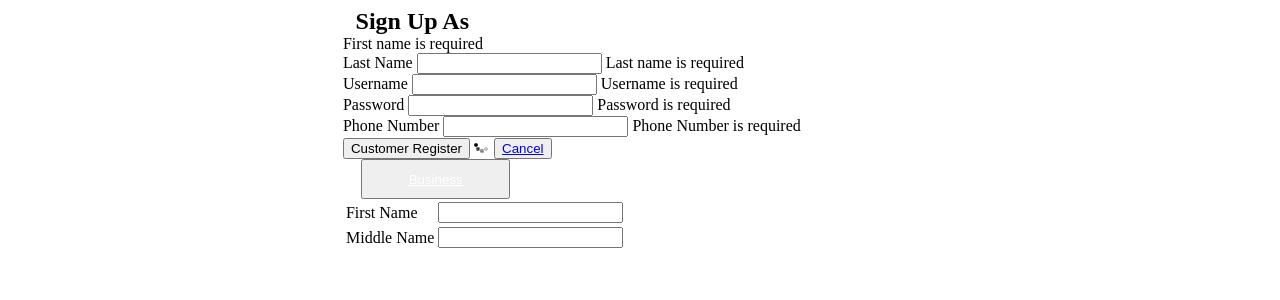
Repository: jsah9105/goandbook
Page: http://localhost/letgetbook/view/signupPage.jsp
An editor plug-in stored every save of this project. The page is shown before and after the next save, followed by the edit.
The browser window is 1280 px wide. The pictures show the whole page.
The page is served by Tomcat 9. Other server files are loaded and not shown.

Above is the page before, as saved 2017-01-08 03:40:20.

### letgetbook/src/main/webapp/view/signupPage.jsp
<section id="section1">

	<div class="container">
		<div style="width: 50%; margin: auto;">
			<h2 style="color: black; margin: auto; margin-left: 5%;">Sign Up As</h2>

			<div class="form-actions" style="margin: auto; margin-left: 3%">
			<table>
			<form name="form" ng-submit="vm.register()" role="form">

        <div class="form-group" ng-class="{ 'has-error': form.custFirstName.$dirty && form.custFirstName.$error.required }">
          <tr>
          <td>  <label for="custFirstName"> First Name</label></td>
          <td>  <input type="text" name="custFirstName" id="custFirstName" class="form-control" ng-model="vm.user.custFirstName" required /></td>
            <span ng-show="form.custFirstName.$dirty && form.custFirstName.$error.required" class="help-block">First name is required</span>
        </tr>
        </div>

        <div class="form-group" >
        <tr>
         <td>   <label for="custMiddleName">Middle Name</label></td>
         <td>   <input type="text" name="custMiddleName" id="custMiddleName" class="form-control" ng-model="vm.user.custMiddleName"  /></td>
        </tr>
        </div>
        <div class="form-group" ng-class="{ 'has-error': form.custLastName.$dirty && form.custLastName.$error.required }">
            <label for="custLastName"> Last Name</label>
            <input type="text" name="custFirstName" id="custLastName" class="form-control" ng-model="vm.user.custLastName" required />
            <span ng-show="form.custLastName.$dirty && form.custLastName.$error.required" class="help-block">Last name is required</span>
        </div>
        <div class="form-group" ng-class="{ 'has-error': form.username.$dirty && form.userName.$error.required }">
            <label for="userName">Username</label>
            <input type="text" name="username" id="userName" class="form-control" ng-model="vm.user.userName" required />
            <span ng-show="form.username.$dirty && form.userName.$error.required" class="help-block">Username is required</span>
        </div>
        <div class="form-group" ng-class="{ 'has-error': form.password.$dirty && form.password.$error.required }">
            <label for="password">Password</label>
            <input type="password" name="password" id="password" class="form-control" ng-model="vm.user.password" required />
            <span ng-show="form.password.$dirty && form.password.$error.required" class="help-block">Password is required</span>
        </div>
        <div class="form-group" ng-class="{ 'has-error': form.password.$dirty && form.password.$error.required }">
            <label for="phone">Phone Number</label>
            <input type="text" name="phone1" id="phone1" class="form-control" ng-model="vm.user.phone1" required />
            <span ng-show="form.phone1.$dirty && form.phone1.$error.required" class="help-block">Phone Number is required</span>
        </div>

        <div class="form-actions">
            <button type="submit" ng-disabled="form.$invalid || vm.dataLoading" class="btn btn-primary">Customer Register</button>
            <img ng-if="vm.dataLoading" src="data:[embedded picture, 922 characters]" />
            <button class="btn btn-primary"><a href="#/" class="btn btn-link">Cancel</a></button>

        </div>

    </form>


			</div>
			<div class="form-actions" style="margin: auto; margin-left: 3%">
				<button class="btn btn-primary" style="width: 25%; height: 40px;">
					<a href="#sellerpersonalInfo" style="color: white;">Business</a>
				</button>
			</div>

		</table>

		</div>
	</div>
</section>

After the next save:
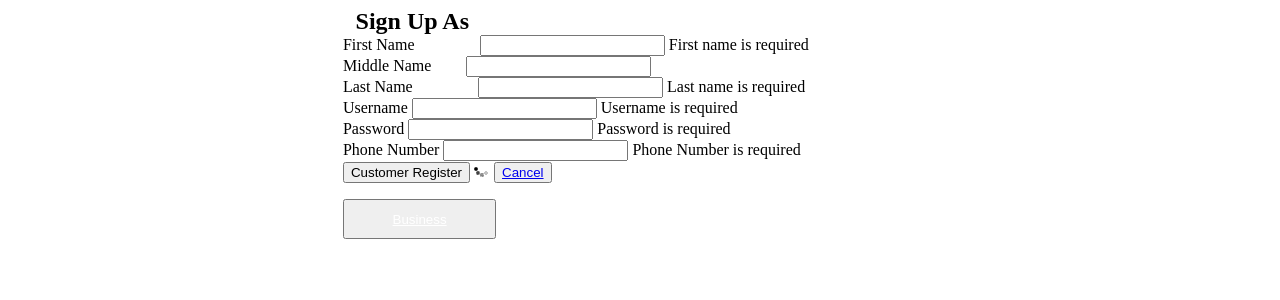
Saved 5 min 52 s later.
--- a/letgetbook/src/main/webapp/view/signupPage.jsp
+++ b/letgetbook/src/main/webapp/view/signupPage.jsp
@@ -5,26 +5,20 @@
 			<h2 style="color: black; margin: auto; margin-left: 5%;">Sign Up As</h2>
 
 			<div class="form-actions" style="margin: auto; margin-left: 3%">
-			<table>
 			<form name="form" ng-submit="vm.register()" role="form">
 
         <div class="form-group" ng-class="{ 'has-error': form.custFirstName.$dirty && form.custFirstName.$error.required }">
-          <tr>
-          <td>  <label for="custFirstName"> First Name</label></td>
-          <td>  <input type="text" name="custFirstName" id="custFirstName" class="form-control" ng-model="vm.user.custFirstName" required /></td>
+            <label for="custFirstName"> First Name</label>
+            <input type="text" style="margin-left: 10%;" name="custFirstName" id="custFirstName" class="form-control" ng-model="vm.user.custFirstName" required />
             <span ng-show="form.custFirstName.$dirty && form.custFirstName.$error.required" class="help-block">First name is required</span>
-        </tr>
         </div>
-
         <div class="form-group" >
-        <tr>
-         <td>   <label for="custMiddleName">Middle Name</label></td>
-         <td>   <input type="text" name="custMiddleName" id="custMiddleName" class="form-control" ng-model="vm.user.custMiddleName"  /></td>
-        </tr>
+            <label for="custMiddleName">Middle Name</label>
+            <input type="text" style="margin-left: 5%;" name="custMiddleName" id="custMiddleName" class="form-control" ng-model="vm.user.custMiddleName"  />
         </div>
         <div class="form-group" ng-class="{ 'has-error': form.custLastName.$dirty && form.custLastName.$error.required }">
             <label for="custLastName"> Last Name</label>
-            <input type="text" name="custFirstName" id="custLastName" class="form-control" ng-model="vm.user.custLastName" required />
+            <input type="text"  style="margin-left: 10%;" name="custFirstName" id="custLastName" class="form-control" ng-model="vm.user.custLastName" required />
             <span ng-show="form.custLastName.$dirty && form.custLastName.$error.required" class="help-block">Last name is required</span>
         </div>
         <div class="form-group" ng-class="{ 'has-error': form.username.$dirty && form.userName.$error.required }">
@@ -49,7 +43,7 @@
             <button class="btn btn-primary"><a href="#/" class="btn btn-link">Cancel</a></button>
 
         </div>
-
+        </table>
     </form>
 
 
@@ -60,7 +54,7 @@
 				</button>
 			</div>
 
-		</table>
+
 
 		</div>
 	</div>
